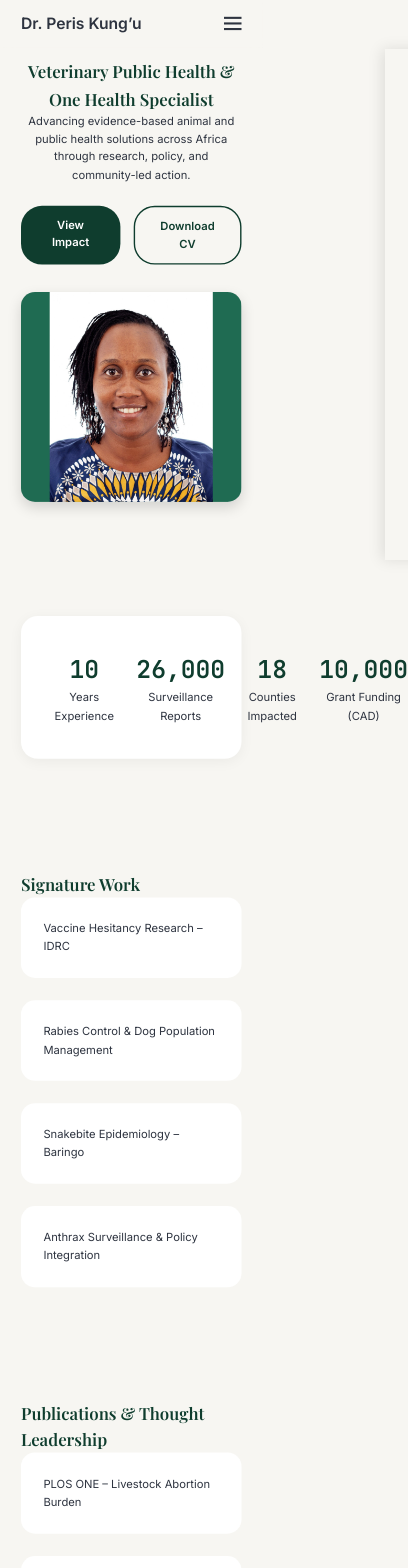
Repository: ladygit-comits/Peris_Portfolio
Page: index.html
These files come from the project's save history. The page is drawn as it stood at one moment and after the next save; the edit follows.
The browser window is 375 px wide. The page is 583 px wide, so the pictures cover 583 px, including what lies to the right of the window. The pictures show the part of the page from y = 0 to 2240 px (the page is 2936 px tall), at 70% of full size.

Above is the page before, as saved 2026-01-01 21:15:09.

### index.html
<!DOCTYPE html>
<html lang="en">
<head>
  <meta charset="UTF-8" />
  <meta name="viewport" content="width=device-width, initial-scale=1.0" />
  <title>Dr. Peris Kung’u | Veterinary Public Health</title>

  <!-- Google Fonts -->
  <link href="https://fonts.googleapis.com/css2?family=Playfair+Display:wght@400;600&family=Inter:wght@300;400;500;600&family=JetBrains+Mono:wght@400;600&display=swap" rel="stylesheet">

  <link rel="stylesheet" href="style.css" />
</head>
<body>

<nav>
  <strong>Dr. Peris Kung’u</strong>
  <ul>
    <li><a href="#impact">Impact</a></li>
    <li><a href="#work">Work</a></li>
    <li><a href="#publications">Publications</a></li>
    <li><a href="#contact">Contact</a></li>
  </ul>
</nav>

<section class="hero">
  <div class="hero-text">
    <h1>Veterinary Public Health & One Health Specialist</h1>
    <p>
      Advancing evidence-based animal and public health solutions across Africa through research, policy, and community-led action.
    </p>
    <div class="cta">
      <a class="btn primary" href="#work">View Impact</a>
      <a class="btn secondary" href="#">Download CV</a>
    </div>
  </div>
  <div class="hero-img"></div>
</section>

<section id="impact">
  <div class="stats">
    <div class="stat">
      <h3 data-count="10">0</h3>
      <p>Years Experience</p>
    </div>
    <div class="stat">
      <h3 data-count="26000">0</h3>
      <p>Surveillance Reports</p>
    </div>
    <div class="stat">
      <h3 data-count="18">0</h3>
      <p>Counties Impacted</p>
    </div>
    <div class="stat">
      <h3 data-count="10000">0</h3>
      <p>Grant Funding (CAD)</p>
    </div>
  </div>
</section>

<section id="work">
  <h2>Signature Work</h2>
  <div class="grid">
    <div class="card">Vaccine Hesitancy Research – IDRC</div>
    <div class="card">Rabies Control & Dog Population Management</div>
    <div class="card">Snakebite Epidemiology – Baringo</div>
    <div class="card">Anthrax Surveillance & Policy Integration</div>
  </div>
</section>

<section id="publications">
  <h2>Publications & Thought Leadership</h2>
  <div class="grid">
    <div class="card">PLOS ONE – Livestock Abortion Burden</div>
    <div class="card">Veterinary Record Open – Dog Bite Injuries</div>
    <div class="card">International Health – Snakebite Remedies</div>
  </div>
</section>

<section id="contact">
  <h2>Collaborate</h2>
  <p>Email: drnjoki@gmail.com</p>
</section>

<footer>
 © 2025 Kavanda. All rights reserved.
</footer>

<script src="script.js"></script>
</body>
</html>

### style.css
:root {
  --primary: #0F3D2E;
  --accent: #C9A24D;
  --bg: #F7F6F2;
  --text: #2E3440;
  --muted: #6B7280;
  --transition: 0.3s ease;
}

/* Reset */
* {
  margin: 0;
  padding: 0;
  box-sizing: border-box;
}

body {
  font-family: 'Inter', sans-serif;
  background: var(--bg);
  color: var(--text);
  line-height: 1.6;
  scroll-behavior: smooth;
}

/* Sections */
section {
  padding: 5rem 8%;
}

h1, h2, h3 {
  font-family: 'Playfair Display', serif;
  color: var(--primary);
}

/* NAVIGATION */
nav {
  position: fixed;
  top: 0;
  width: 100%;
  background: rgba(247,246,242,0.95);
  backdrop-filter: blur(10px);
  padding: 1rem 8%;
  display: flex;
  justify-content: space-between;
  align-items: center;
  z-index: 1000;
}

nav strong {
  font-size: 1.4rem;
  cursor: default;
}

nav ul {
  list-style: none;
  display: flex;
  gap: 2rem;
}

nav a {
  text-decoration: none;
  color: inherit;
  font-weight: 500;
  position: relative;
  transition: var(--transition);
}

nav a:hover::after {
  content: '';
  position: absolute;
  left: 0;
  bottom: -4px;
  width: 100%;
  height: 2px;
  background: var(--accent);
  border-radius: 2px;
}

/* Hamburger Menu for Mobile */
.hamburger {
  display: none;
  flex-direction: column;
  cursor: pointer;
  gap: 5px;
}

.hamburger div {
  width: 25px;
  height: 3px;
  background: var(--text);
  transition: var(--transition);
}

/* HERO */
.hero {
  min-height: 100vh;
  display: grid;
  grid-template-columns: 1.2fr 1fr;
  align-items: center;
  gap: 4rem;
}

.hero-text {
  display: flex;
  flex-direction: column;
  justify-content: center;
}

.hero-img {
  height: 420px;
  width: 100%;
  border-radius: 20px;
  background: url('images/peris.jpeg') no-repeat center center;
  background-size: contain;
  background-color: #1f6b52;
  transition: transform 0.3s ease, box-shadow 0.3s ease;
  box-shadow: 0 8px 20px rgba(0, 0, 0, 0.15);
}

.hero-img:hover {
  transform: scale(1.02);
  box-shadow: 0 12px 25px rgba(0, 0, 0, 0.2);
}

@media (max-width: 900px) {
  .hero {
    grid-template-columns: 1fr;
    text-align: center;
  }

  .hero-img {
    height: 300px;
    margin: 0 auto;
  }
}


/* BUTTONS */
.cta {
  margin-top: 2rem;
  display: flex;
  gap: 1.2rem;
}

.btn {
  padding: 0.9rem 1.6rem;
  border-radius: 30px;
  cursor: pointer;
  border: none;
  font-weight: 600;
  transition: all 0.3s ease;
  text-decoration: none;
}

.btn.primary {
  background: var(--primary);
  color: #fff;
}

.btn.secondary {
  border: 2px solid var(--primary);
  color: var(--primary);
  background: transparent;
}

.btn:hover {
  transform: translateY(-3px);
  box-shadow: 0 8px 15px rgba(0,0,0,0.1);
}

/* STATS */
.stats {
  background: #fff;
  border-radius: 24px;
  padding: 3rem;
  display: grid;
  grid-template-columns: repeat(4, 1fr);
  gap: 2rem;
  box-shadow: 0 4px 20px rgba(0,0,0,0.05);
}

.stat {
  text-align: center;
}

.stat h3 {
  font-family: 'JetBrains Mono', monospace;
  font-size: 2.2rem;
}

/* GRID CARDS */
.grid {
  display: grid;
  grid-template-columns: repeat(auto-fit, minmax(280px, 1fr));
  gap: 2rem;
}

.card {
  background: #fff;
  padding: 2rem;
  border-radius: 20px;
  transition: transform 0.3s ease, box-shadow 0.3s ease;
  cursor: pointer;
}

.card:hover {
  transform: translateY(-6px);
  box-shadow: 0 12px 25px rgba(0,0,0,0.1);
}

/* FOOTER */
footer {
  text-align: center;
  padding: 3rem;
  color: var(--muted);
}

/* SCROLL TO TOP */
#scrollTop {
  position: fixed;
  bottom: 30px;
  right: 30px;
  background: var(--primary);
  color: #fff;
  padding: 0.7rem 1rem;
  border-radius: 50%;
  cursor: pointer;
  font-size: 1.5rem;
  display: none;
  z-index: 100;
  transition: background 0.3s ease;
}

#scrollTop:hover {
  background: var(--accent);
}

/* RESPONSIVE */
@media (max-width: 900px) {
  .hero {
    grid-template-columns: 1fr;
    text-align: center;
    gap: 2rem;
  }
  .hero-img {
    height: 300px;
    margin: 0 auto;
  }
  nav ul {
    position: fixed;
    top: 70px;
    right: -100%;
    width: 200px;
    background: var(--bg);
    height: calc(100vh - 70px);
    flex-direction: column;
    align-items: center;
    padding-top: 2rem;
    gap: 1.5rem;
    transition: right 0.3s ease;
    box-shadow: -5px 0 20px rgba(0,0,0,0.1);
  }
  nav ul.show {
    right: 0;
  }
  .hamburger {
    display: flex;
  }
}

### script.js
// Counter Animation
const counters = document.querySelectorAll('[data-count]');

function animateCounters() {
  counters.forEach(counter => {
    const target = +counter.dataset.count;
    let count = 0;
    const increment = target / 80;

    function update() {
      count += increment;
      if (count < target) {
        counter.innerText = Math.ceil(count);
        requestAnimationFrame(update);
      } else {
        counter.innerText = target.toLocaleString();
      }
    }

    update();
  });
}

window.addEventListener('load', animateCounters);

// Scroll to Top Button
const scrollTop = document.createElement('div');
scrollTop.id = 'scrollTop';
scrollTop.innerHTML = '↑';
document.body.appendChild(scrollTop);

scrollTop.addEventListener('click', () => {
  window.scrollTo({ top: 0, behavior: 'smooth' });
});

window.addEventListener('scroll', () => {
  if (window.scrollY > 300) {
    scrollTop.style.display = 'block';
  } else {
    scrollTop.style.display = 'none';
  }
});

// Hamburger Menu Toggle
const hamburger = document.createElement('div');
hamburger.classList.add('hamburger');
hamburger.innerHTML = '<div></div><div></div><div></div>';
document.querySelector('nav').appendChild(hamburger);

const navMenu = document.querySelector('nav ul');

hamburger.addEventListener('click', () => {
  navMenu.classList.toggle('show');
  hamburger.classList.toggle('active');

  // Toggle X
  if (hamburger.classList.contains('active')) {
    hamburger.innerHTML = '<div style="transform: rotate(45deg) translate(5px,5px)"></div><div style="opacity:0"></div><div style="transform: rotate(-45deg) translate(6px,-6px)"></div>';
  } else {
    hamburger.innerHTML = '<div></div><div></div><div></div>';
  }
});

After the next save:
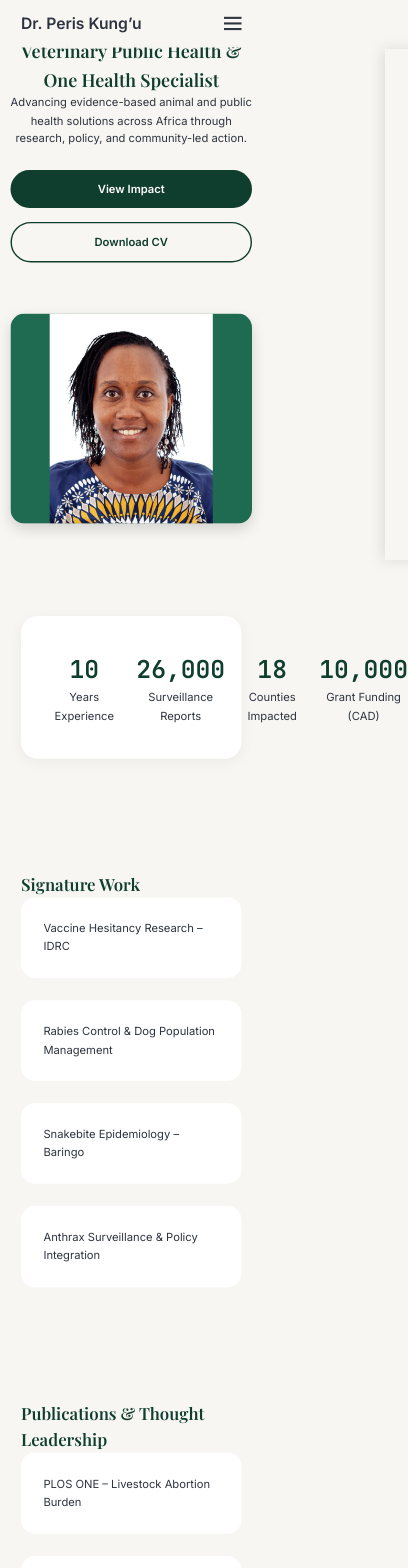
Saved 5 min 39 s later.
--- a/style.css
+++ b/style.css
@@ -122,7 +122,8 @@ nav a:hover::after {
   box-shadow: 0 12px 25px rgba(0, 0, 0, 0.2);
 }
 
-@media (max-width: 900px) {
+/* Responsive adjustments */
+@media (max-width: 1100px) {
   .hero {
     grid-template-columns: 1fr;
     text-align: center;
@@ -132,8 +133,35 @@ nav a:hover::after {
     height: 300px;
     margin: 0 auto;
   }
-}
-
+
+  .hero-text h1 {
+    font-size: 2rem;
+  }
+
+  .hero-text p {
+    max-width: 100%;
+  }
+}
+
+@media (max-width: 600px) {
+  .hero {
+    gap: 2rem;
+    padding: 2rem 4%;
+  }
+
+  .hero-img {
+    height: 250px;
+  }
+
+  .hero-text h1 {
+    font-size: 1.6rem;
+  }
+
+  .cta {
+    flex-direction: column;
+    gap: 1rem;
+  }
+}
 
 /* BUTTONS */
 .cta {
